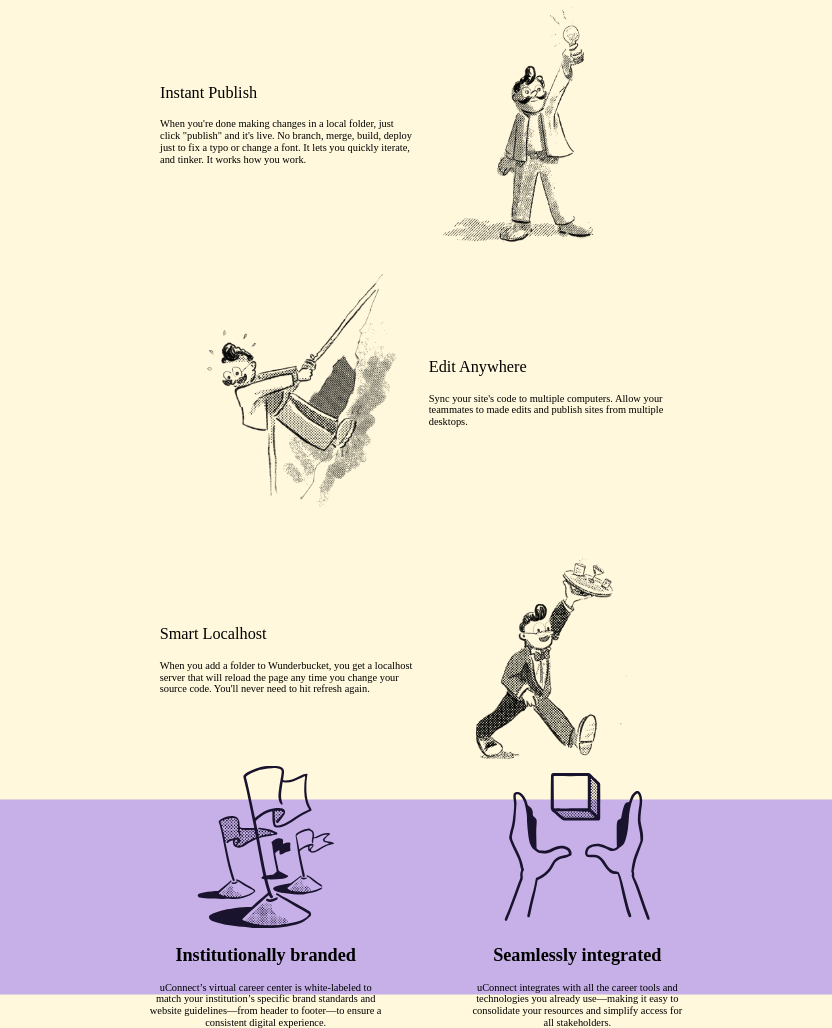
Repository: Pbemits/TEAMWORK-PROJECT-ONE
Page: index.html
An editor plug-in stored every save of this project. The page is shown before and after the next save, followed by the edit.
The browser window is 1280 px wide. The pictures show the whole page, at 65% of full size.
Some web fonts or font styles are not loaded; a fallback is used.

Above is the page before, as saved 2023-09-02 00:29:38.

After the next save:
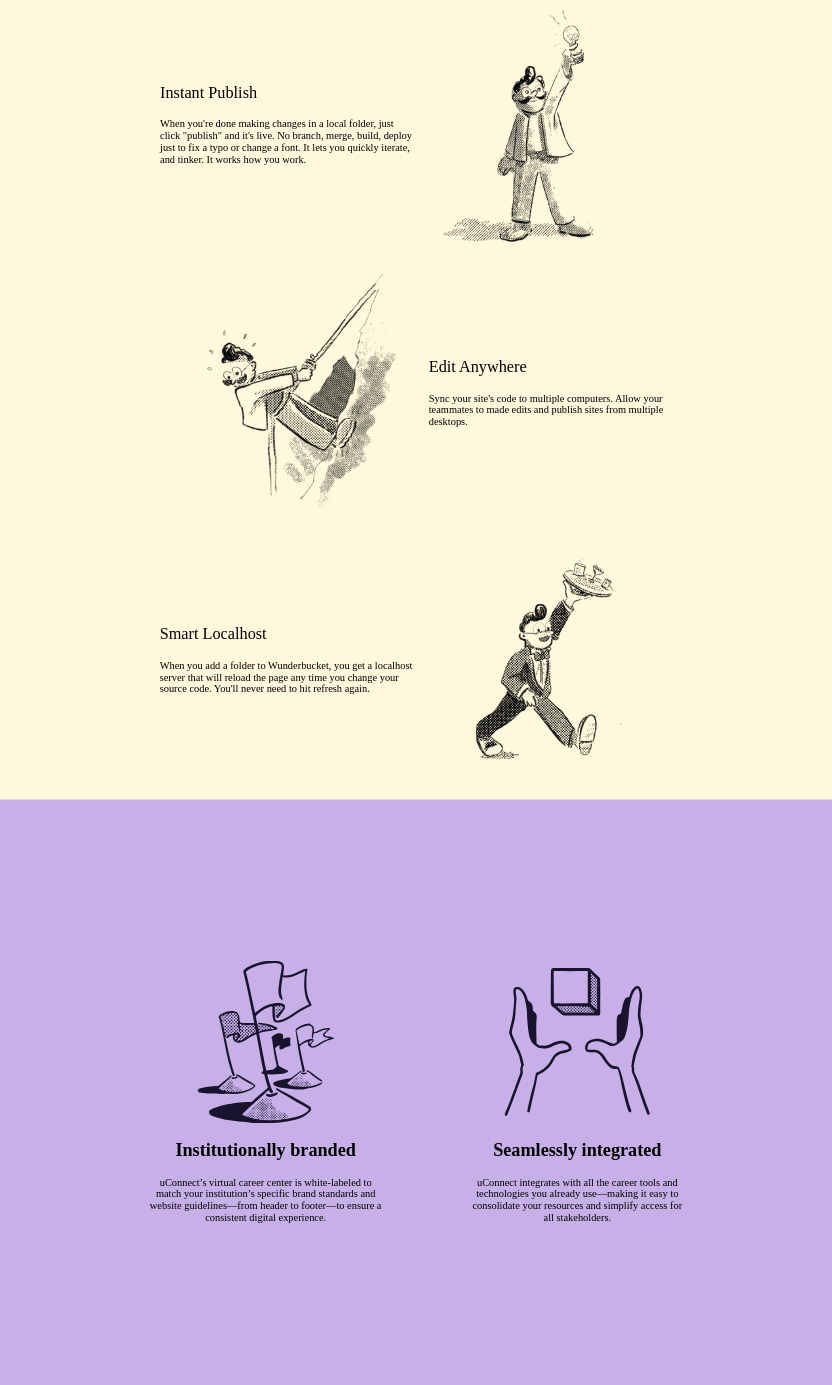
Saved 14 s later.
--- a/assets/css/main.css
+++ b/assets/css/main.css
@@ -99,7 +99,7 @@
     display: flex;
     align-items: center;
     justify-content: center;
-    height: 300px;
+    height: 900px;
 }
 
 .content-section-one .content-wrapper-element-one {
